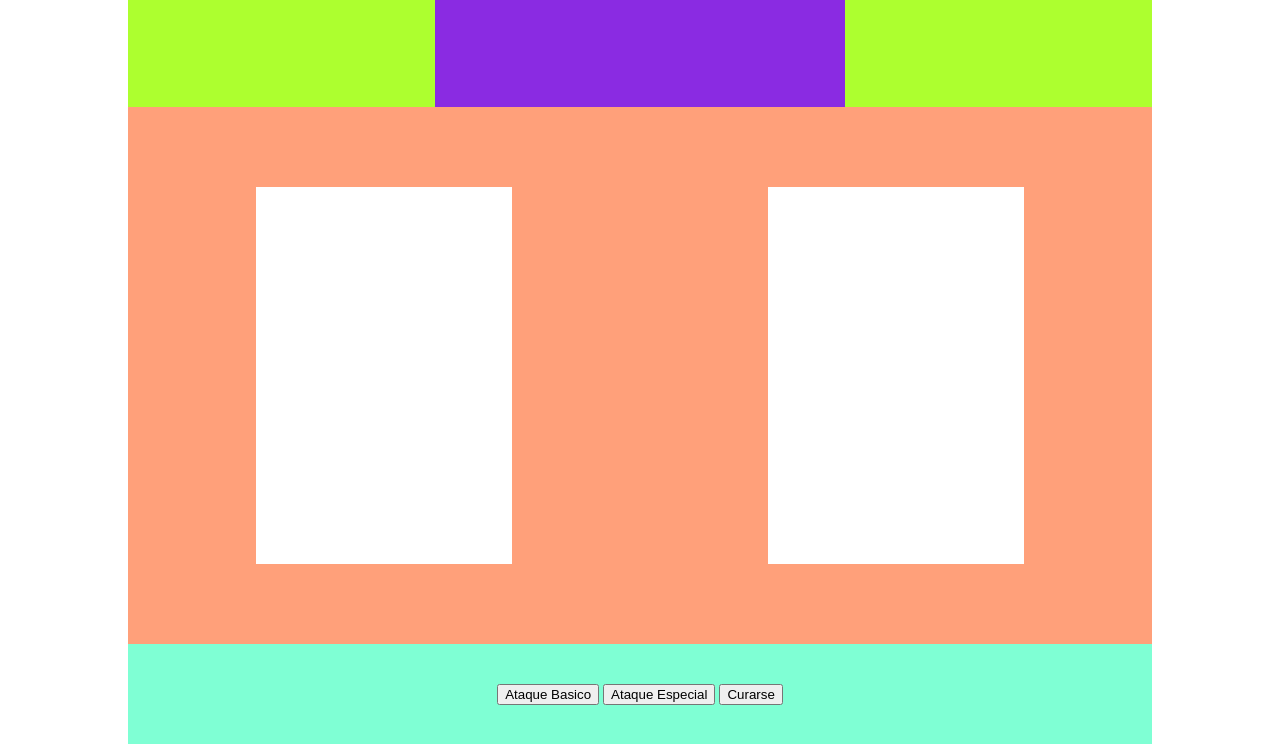
Repository: NovaDuel/novaduel-game
Page: index.html
An editor plug-in stored every save of this project. The page is shown before and after the next save, followed by the edit.
The browser window is 1280 px wide. The pictures show the whole page.

Above is the page before, as saved 2024-03-25 12:26:30.

After the next save:
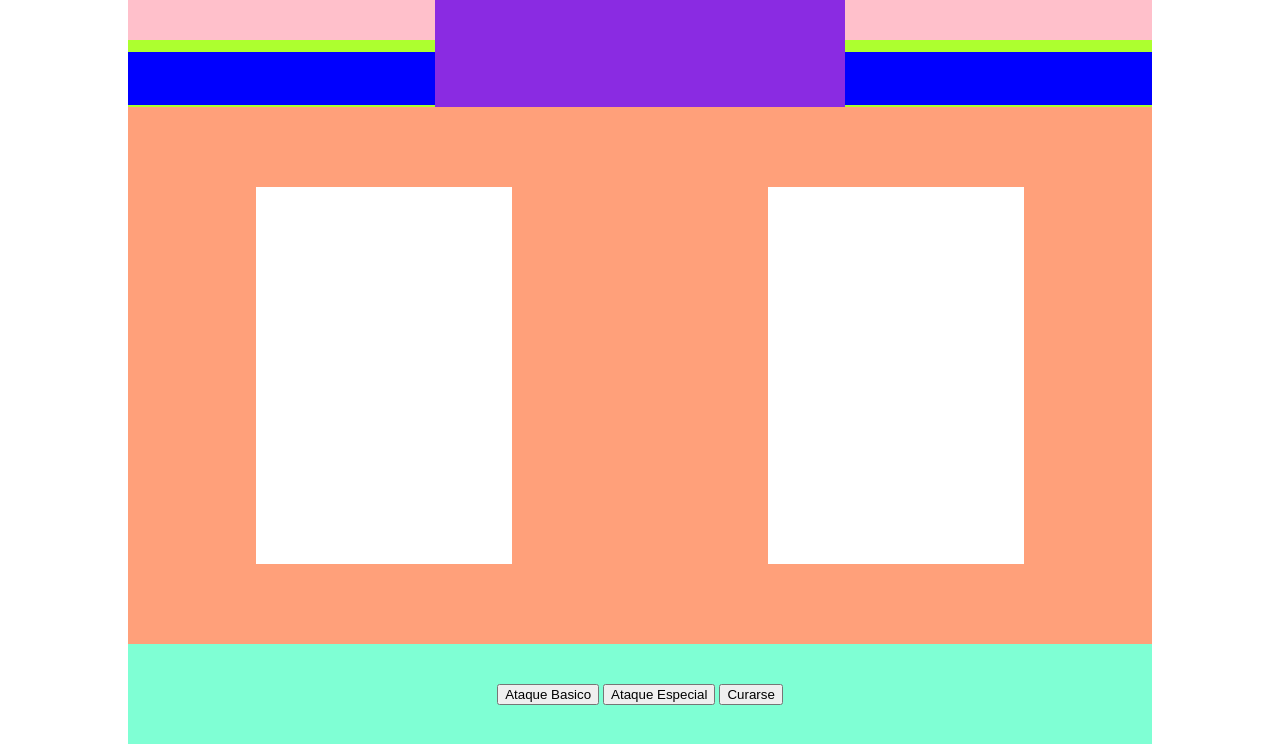
Saved 4 s later.
--- a/style.css
+++ b/style.css
@@ -34,7 +34,7 @@ body {
 .health {
     width: 100%;
     height: 40%;
-    margin: 100px 0;
+    margin: 10px 0;
     background-color: pink;
 }
 
